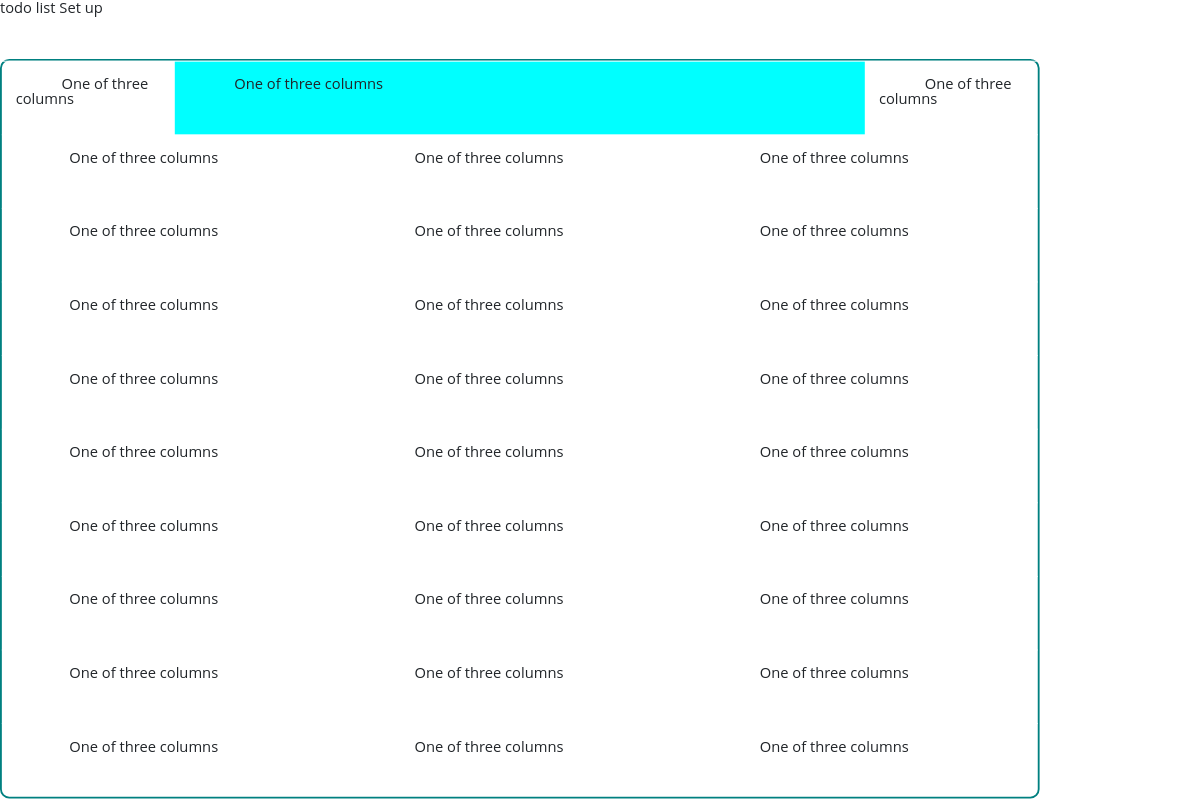
Repository: kkyler24/DayPlanner
Page: Index.html
An editor plug-in stored every save of this project. The page is shown before and after the next save, followed by the edit.
The browser window is 1280 px wide. The pictures show the whole page, at 92% of full size.
Some web libraries are served in a nearby version.

Above is the page before, as saved 2020-03-29 19:02:45.

After the next save:
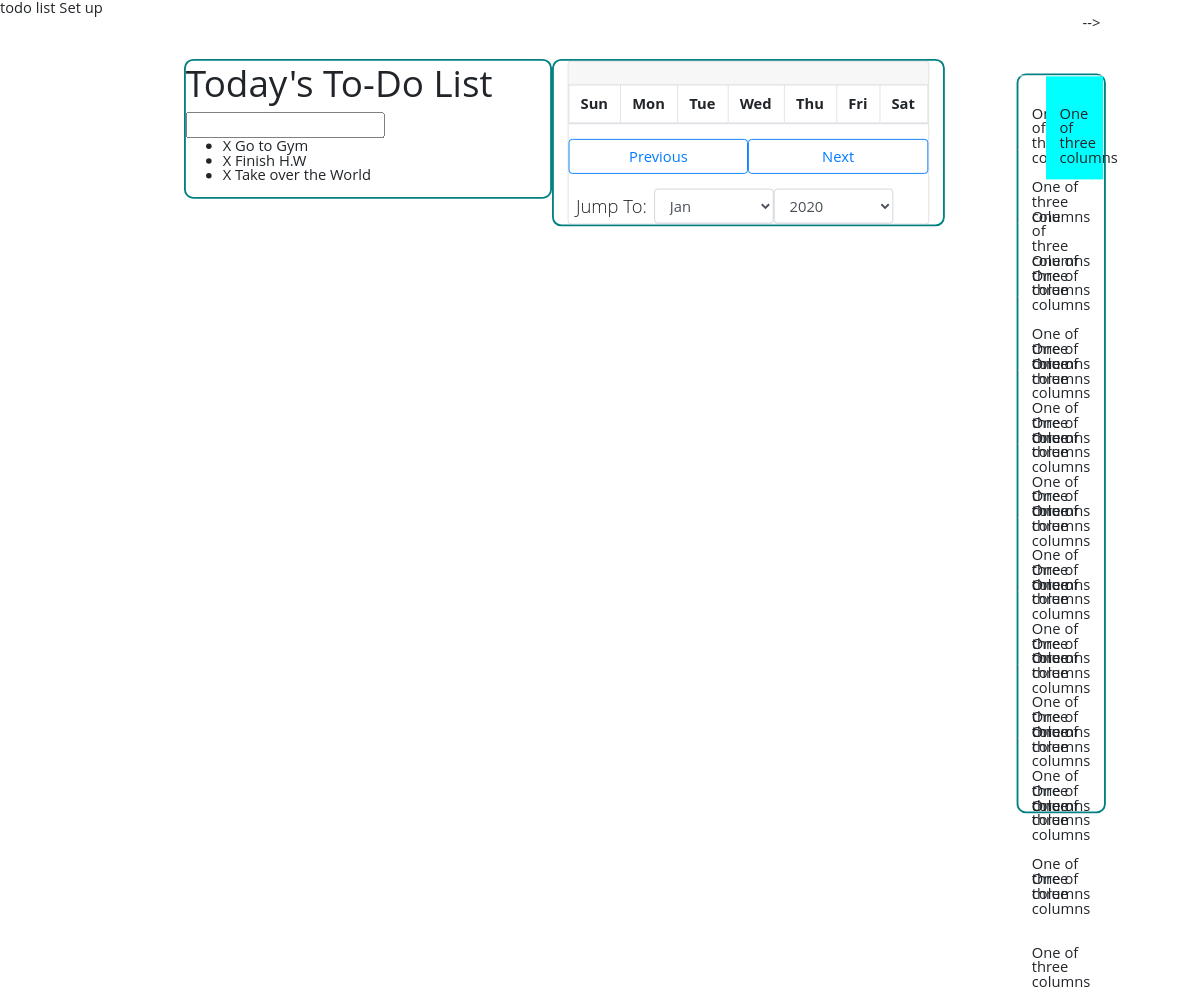
Saved 36 min 13 s later.
--- a/Index.html
+++ b/Index.html
@@ -12,8 +12,8 @@
 <body>
 <Main>
 todo list Set up
-
-<Div style="display: none">
+<!-- style="display: none" -->
+<Div >
 <Section>
     <div id="ContainerTodo">
         <H1>Today's To-Do List</H1>
@@ -98,7 +98,7 @@ todo list Set up
 
 <!-- <----Scheduler--> -->
 </Div>
-<Div class="d-flex justify-content-center">
+<Div class="d-flex justify-content-center" style="display: none">
     <div class="container workday ">
         <div id="time8am"class="row">
           <div class="col-2">
